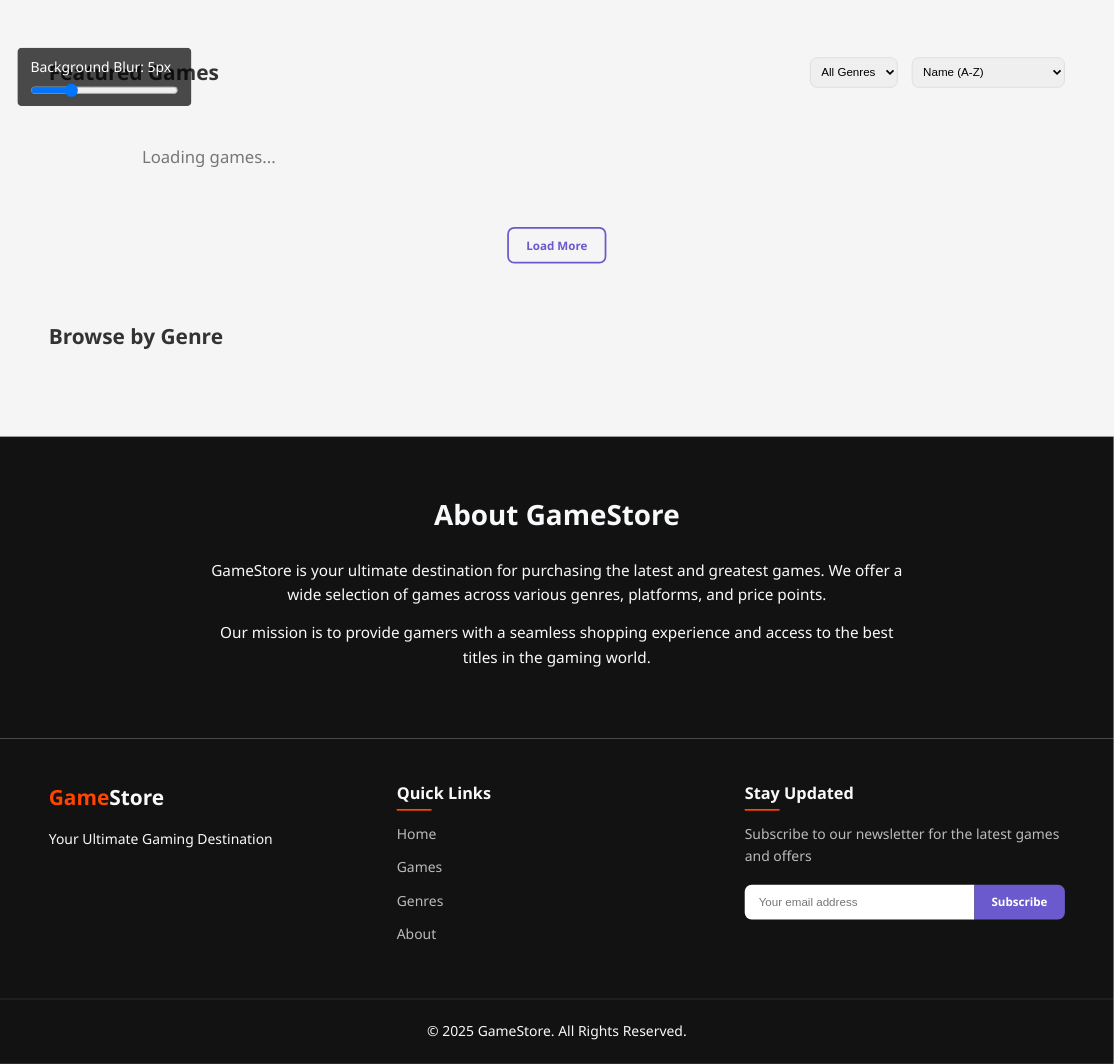
Repository: mbakry484/GameStore
Page: wwwroot/index.html
The author's editor kept a copy of each file at every save. The page is drawn from the files as they stood at one save, then again after the next save.
The browser window is 1280 px wide. The pictures show the part of the page from y = 578 to 1801 px (the page is 1801 px tall), at 87% of full size.
The page's requests for data from a server got no answer.

Above is the page before, as saved 2025-04-20 15:22:11.

After the next save:
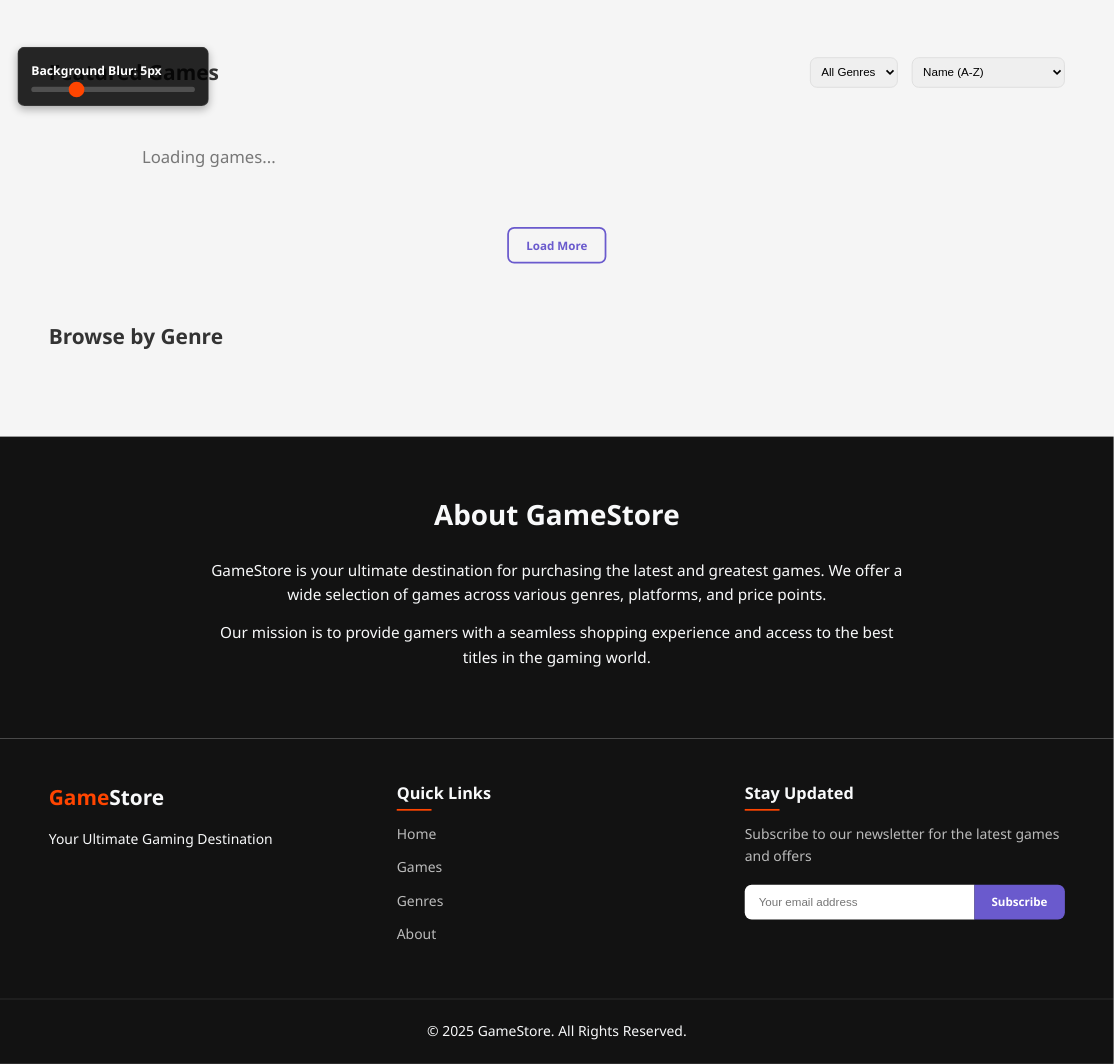
Saved 46 s later.
--- a/wwwroot/js/main.js
+++ b/wwwroot/js/main.js
@@ -503,20 +503,47 @@ document.addEventListener('DOMContentLoaded', function () {
                 position: fixed;
                 bottom: 20px;
                 left: 20px;
-                background: rgba(0, 0, 0, 0.7);
+                background: rgba(0, 0, 0, 0.85);
                 color: white;
-                padding: 10px 15px;
-                border-radius: 5px;
+                padding: 15px;
+                border-radius: 8px;
                 z-index: 1000;
                 display: flex;
                 flex-direction: column;
-                width: 200px;
+                width: 220px;
+                box-shadow: 0 4px 10px rgba(0, 0, 0, 0.3);
+                border: 1px solid rgba(255, 255, 255, 0.1);
             }
             .blur-control label {
-                margin-bottom: 5px;
+                margin-bottom: 8px;
+                font-weight: bold;
+                font-size: 14px;
             }
             .blur-control input {
                 width: 100%;
+                height: 6px;
+                -webkit-appearance: none;
+                appearance: none;
+                background: rgba(255, 255, 255, 0.2);
+                border-radius: 3px;
+                outline: none;
+            }
+            .blur-control input::-webkit-slider-thumb {
+                -webkit-appearance: none;
+                appearance: none;
+                width: 18px;
+                height: 18px;
+                border-radius: 50%;
+                background: var(--accent-color);
+                cursor: pointer;
+            }
+            .blur-control input::-moz-range-thumb {
+                width: 18px;
+                height: 18px;
+                border-radius: 50%;
+                background: var(--accent-color);
+                cursor: pointer;
+                border: none;
             }
         `;
         document.head.appendChild(style);
